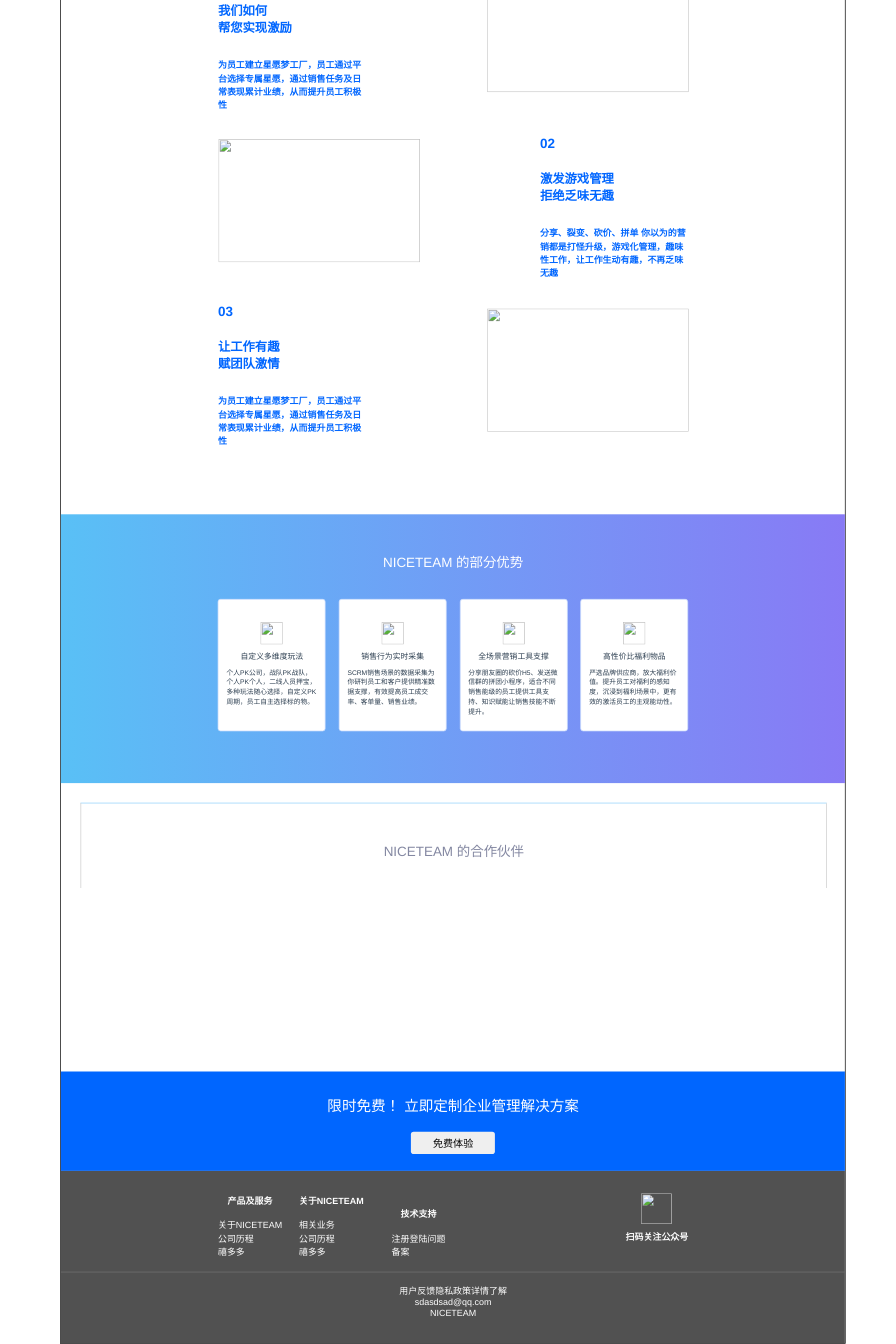
Repository: Alex-2020-0211/xrkj-guanwang
Page: / (app in src/)
An editor plug-in stored every save of this project. The page is shown before and after the next save, followed by the edit.
The browser window is 1280 px wide. The pictures show the part of the page from y = 1114 to 3034 px (the page is 3034 px tall), at 70% of full size.
The project was rebuilt for these pictures with package versions that can differ from the ones it lists, and the page was loaded fresh each time. Imported but missing from the stored project, and not drawn on this page: src/src/views/About.vue.

Above is the page before, as saved 2021-01-04 11:31:23.

### src/public/index.html
<!DOCTYPE html>
<html lang="en">
  <head>
    <meta charset="utf-8">
    <meta http-equiv="X-UA-Compatible" content="IE=edge">
    <meta name="viewport" content="width=device-width,initial-scale=1.0">
    <link rel="icon" href="<%= BASE_URL %>favicon.ico">
    <title><%= htmlWebpackPlugin.options.title %></title>
  </head>
  <body>
    <noscript>
      <strong>We're sorry but <%= htmlWebpackPlugin.options.title %> doesn't work properly without JavaScript enabled. Please enable it to continue.</strong>
    </noscript>
    <div id="app"></div>
    <!-- built files will be auto injected -->
  </body>
  <script>
    (function(){
      var html = document.documentElement;
      function onWindowResize(){
        html.style.fontSize = html.getBoundingClientRect().width / 16 + 'px';
      }
      window.addEventListener('resize',onWindowResize);
      onWindowResize();
    })();
  </script>
</html>

### src/src/main.js
import Vue from 'vue'
import ElementUI from 'element-ui'
import App from './App.vue'
import router from './router'
import store from './store'

import "../src/assets/css/reset.css"

Vue.config.productionTip = false

new Vue({
  router,
  store,
  render: h => h(App)
}).$mount('#app')

### src/src/App.vue
<template>
  <div id="app" v-cloak>
    <router-view />
  </div>
</template>

<style lang="scss">
[v-cloak] {
  display: none !important;
}
#app {
  font-family: Avenir, Helvetica, Arial, sans-serif;
  -webkit-font-smoothing: antialiased;
  -moz-osx-font-smoothing: grayscale;
  text-align: center;
  color: #2c3e50;
}
</style>

### src/src/assets/css/reset.css
html {
    overflow-x: auto;
    overflow-y: scroll;
}

body,
dl,
dt,
dd,
ul,
ol,
li,
pre,
form,
fieldset,
input,
p,
blockquote,
th,
td {
    font-weight: 400;
    margin: 0;
    padding: 0;
}

h1,
h2,
h3,
h4,
h4,
h5 {
    margin: 0;
    padding: 0;
}

body {
    background-color: #FFFFFF;
    color: #666666;
    font-family: Helvetica, Arial, sans-serif;
    font-size: 12px;
    padding: 0 10px;
    text-align: left;
}

select {
    font-size: 12px;
}

table {
    border-collapse: collapse;
}

fieldset,
img {
    border: 0 none;
}

fieldset {
    margin: 0;
    padding: 0;
}

fieldset p {
    margin: 0;
    padding: 0 0 0 8px;
}

legend {
    display: none;
}

address,
caption,
em,
strong,
th,
i {
    font-style: normal;
    font-weight: 400;
}

table caption {
    margin-left: -1px;
}

hr {
    border-bottom: 1px solid #FFFFFF;
    border-top: 1px solid #E4E4E4;
    border-width: 1px 0;
    clear: both;
    height: 2px;
    margin: 5px 0;
    overflow: hidden;
}

ol,
ul {
    list-style-image: none;
    list-style-position: outside;
    list-style-type: none;
}

caption,
th {
    text-align: left;
}

q:before,
q:after,
blockquote:before,
blockquote:after {
    content: ””;
}

### src/src/views/Home.vue
<template>
  <div class="home">
    <!-- 边框 -->
    <div class="border">
      <!-- 头部 -->
      <Header></Header>
      <!-- 介绍 -->
      <div class="introduce">
        <dl>
          <dt>应用价值</dt>
          <dd>VALUE</dd>
        </dl>
        <div class="content">
          <div class="container">
            <div class="item" @mouseenter="mouseenter()">
              <p class="circle"></p>
              <title>弹性福利</title>
              <p class="describe1">好的员工</p>
              <p class="describe1">是夸出来的</p>
            </div>
            <div class="item2" v-show="isDetail" @mouseleave="mouseleave()">
              <title>弹性福利</title>
              <p class="line"></p>
              <p class="detail">
                根据员工工作日常表现发放福利，员工选择心仪礼物，降低激励成本，提高激励效果
              </p>
            </div>
            <div class="item">
              <p class="circle"></p>
              <title>智能获客</title>
              <p class="describe2">最好的广告是口口相传</p>
            </div>
            <div class="item">
              <p class="circle"></p>
              <title>销售激励</title>
              <p class="describe3">让工作如此有趣真是不好意思</p>
            </div>
          </div>
        </div>
      </div>
      <!-- 方法原理 -->
      <div class="way">
        <div class="wayHeader">
          <h3>销售管理就选 NICETEAM</h3>
          <p>
            <span>高效协作</span> | <span>有效裂变</span> |
            <span>免费注册下载</span>
          </p>
        </div>
        <div class="means">
          <span class="sort">01</span>
          <p>我们如何</p>
          <p>帮您实现激励</p>
          <p class="star">
            为员工建立星愿梦工厂，员工通过平台选择专属星愿，通过销售任务及日常表现累计业绩，从而提升员工积极性
          </p>
        </div>
        <img class="img" src="" alt="" />
        <div class="means">
          <span class="sort" style="margin-left: 5.75rem;">02</span>
          <p style="margin-left: 5.75rem; width:2rem;">激发游戏管理</p>
          <p style="margin-left: 5.75rem; width:2rem;">拒绝乏味无趣</p>
          <p class="star" style="margin-left: 5.75rem;">
            分享、裂变、砍价、拼单
            你以为的营销都是打怪升级，游戏化管理，趣味性工作，让工作生动有趣，不再乏味无趣
          </p>
        </div>
        <img class="img" src="" alt="" style="top: 16.41rem; right: 8.5rem;" />
        <div class="means">
          <span class="sort">03</span>
          <p>让工作有趣</p>
          <p>赋团队激情</p>
          <p class="star">
            为员工建立星愿梦工厂，员工通过平台选择专属星愿，通过销售任务及日常表现累计业绩，从而提升员工积极性
          </p>
        </div>
        <img class="img" src="" alt="" style="top: 19.44rem;" />
      </div>
      <!-- 优势 -->
      <div class="advantage">
        <h5>NICETEAM 的部分优势</h5>
        <div class="advan">
          <div class="box">
            <img src="" alt="" />
            <dl>
              <dt>自定义多维度玩法</dt>
              <dd>
                个人PK公司，战队PK战队，个人PK个人，二线人员押宝，多种玩法随心选择，自定义PK周期，员工自主选择标的物。
              </dd>
            </dl>
          </div>
          <div class="box">
            <img src="" alt="" />
            <dl>
              <dt>销售行为实时采集</dt>
              <dd>
                SCRM销售场景的数据采集为你研判员工和客户提供精准数据支撑，有效提高员工成交率、客单量、销售业绩。
              </dd>
            </dl>
          </div>
          <div class="box">
            <img src="" alt="" />
            <dl>
              <dt>全场景营销工具支撑</dt>
              <dd>
                分享朋友圈的砍价H5、发送微信群的拼团小程序，适合不同销售能级的员工提供工具支持、知识赋能让销售技能不断提升。
              </dd>
            </dl>
          </div>
          <div class="box">
            <img src="" alt="" />
            <dl>
              <dt>高性价比福利物品</dt>
              <dd>
                严选品牌供应商，放大福利价值。提升员工对福利的感知度，沉浸到福利场景中，更有效的激活员工的主观能动性。
              </dd>
            </dl>
          </div>
        </div>
      </div>
      <!-- 合作伙伴 -->
      <div class="partners">
        <div class="friend">
          <h5>NICETEAM 的合作伙伴</h5>
        </div>
      </div>
      <!-- 底部 -->
      <div class="footer">
        <div class="footerTop">
          <h5>限时免费！ 立即定制企业管理解决方案</h5>
          <button>免费体验</button>
        </div>
        <div class="footerBottom">
          <div class="detail">
            <div class="left">
              <dl>
                <dt>产品及服务</dt>
                <dd>关于NICETEAM</dd>
                <dd>公司历程</dd>
                <dd>禧多多</dd>
              </dl>
              <dl>
                <dt>关于NICETEAM</dt>
                <dd>相关业务</dd>
                <dd>公司历程</dd>
                <dd>禧多多</dd>
              </dl>
              <dl class="jishu">
                <dt>技术支持</dt>
                <dd>注册登陆问题</dd>
                <dd>备案</dd>
              </dl>
            </div>
            <div class="right">
              <img src="" alt="" />
              <p>扫码关注公众号</p>
            </div>
          </div>
          <p class="line"></p>
          <div class="bottom">
            <dl>
              <dt><span>用户反馈</span><span>隐私政策</span><span>详情了解</span></dt>
              <dd>sdasdsad@qq.com</dd>
            </dl>
            <p><img src="" alt=""><span>NICETEAM</span></p>
          </div>
        </div>
      </div>
    </div>
  </div>
</template>

<script>
// @ is an alias to /src
import Header from "../components/Header";

export default {
  name: "Home",
  components: {
    Header,
  },
  data() {
    return {
      isDetail: false,
    };
  },
  methods: {
    mouseenter() {
      console.log("111");
      this.isDetail = true;
    },
    mouseleave() {
      console.log("222");
      this.isDetail = false;
    },
  },
};
</script>

<style lang="scss" scoped>
.home {
  font-size: 0.16rem;
  .border {
    width: 88.88%;
    margin-top: 0.5rem;
    margin-left: 6.06%;
    border: 0.01rem solid #000;

    // 介绍
    .introduce {
      width: 100%;
      height: 5.5rem;
      dl {
        margin-top: 0.6rem;
        dt {
          font-size: 0.24rem;
          font-weight: bold;
          letter-spacing: 0.03rem;
          margin-bottom: 0.13rem;
        }
        dd {
          font-size: 0.18rem;
          font-weight: bold;
        }
      }
      .content {
        width: 60%;
        margin-left: 20%;
        margin-top: 0.6rem;
        .container {
          display: flex;
          justify-content: space-between;
          overflow: hidden;
          background-color: #fff;
          z-index: 999;
          .item {
            width: 2.25rem;
            height: 2.8rem;
            border: 0.01rem solid #ccc;
            border-radius: 0.15rem;
            .circle {
              width: 0.66rem;
              height: 0.66rem;
              margin-left: 0.79rem;
              margin-top: 0.46rem;
              margin-bottom: 0.15rem;
              border: 0.01rem solid rgb(78, 56, 56);
              border-radius: 50%;
            }
            title {
              display: block;
              letter-spacing: 0.01rem;
              margin-bottom: 0.5rem;
            }
            .describe1 {
              width: 0.8rem;
              margin-left: 0.725rem;
            }
            .describe2 {
              width: 0.8rem;
              margin-left: 0.725rem;
            }
            .describe3 {
              width: 1.2rem;
              margin-left: 0.525rem;
            }
          }
          @keyframes myfirst {
            from {
              top: 9.67rem;
            }
            to {
              top: 6.87rem;
            }
          }

          @-moz-keyframes myfirst {
            from {
              top: 9.67rem;
            }
            to {
              top: 6.87rem;
            }
          }

          @-webkit-keyframes myfirst {
            from {
              top: 9.67rem;
            }
            to {
              top: 6.87rem;
            }
          }

          @-o-keyframes myfirst {
            from {
              top: 9.67rem;
            }
            to {
              top: 6.87rem;
            }
          }
          .item2 {
            width: 2.25rem;
            height: 2.8rem;
            border: 0.01rem solid #ccc;
            border-radius: 0.15rem;
            color: #fff;
            background-color: #06f;
            position: absolute;
            left: 3.87rem;
            animation: myfirst 1s;
            z-index: 1;
            title {
              display: block;
              letter-spacing: 0.01rem;
              margin-top: 0.7rem;
              margin-bottom: 0.2rem;
              margin-left: 0.4rem;
              text-align: left;
            }
            .line {
              width: 0.5rem;
              border-bottom: 0.02rem solid #fff;
              margin-left: 0.4rem;
              margin-bottom: 0.2rem;
            }
            .detail {
              width: 1.4rem;
              text-align: left;
              margin-left: 0.4rem;
            }
          }
        }
      }
    }
    // 方法原理
    .way {
      height: 12rem;
      .wayHeader {
        height: 1.65rem;
        color: #fff;
        background-color: #06f;
        h3 {
          font-size: 0.24rem;
          padding-top: 0.4rem;
          padding-bottom: 0.27rem;
        }
        p {
          color: rgb(233, 229, 229);
          font-size: 0.2rem;
        }
      }
      .means {
        width: 60%;
        height: 2.4rem;
        margin-left: 20%;
        margin-top: 0.6rem;
        color: #06f;
        text-align: left;
        .sort {
          font-size: 0.24rem;
          font-weight: bold;
          display: block;
          margin-bottom: 0.3rem;
        }
        p {
          font-size: 0.22rem;
          font-weight: bold;
        }
        .star {
          width: 2.61rem;
          margin-top: 0.4rem;
          font-size: 0.16rem;
        }
      }
      .img {
        width: 3.6rem;
        height: 2.2rem;
        position: absolute;
        top: 13.38rem;
        right: 3.7rem;
      }
    }
    // 优点
    .advantage {
      width: 100%;
      height: 4.8rem;
      background: linear-gradient(to right, #59c0f6, #887af5);
      h5 {
        color: #fff;
        font-size: 0.24rem;
        font-weight: normal;
        padding-top: 0.66rem;
        padding-bottom: 0.5rem;
      }
      .advan {
        display: flex;
        width: 60%;
        margin-left: 20%;
        justify-content: space-between;
        .box {
          width: 1.9rem;
          height: 2.34rem;
          background-color: #fff;
          border-radius: 0.05rem;
          border: 0.02rem solid #cfdffd;
          // box-shadow: 5px 5px 3px #ccc;
          img {
            width: 0.4rem;
            height: 0.4rem;
            margin-top: 0.4rem;
            margin-bottom: 0.1rem;
          }
          dl {
            dt {
              font-size: 0.14rem;
              margin-bottom: 0.1rem;
            }
            dd {
              width: 85%;
              margin-left: 7.5%;
              font-size: 0.12rem;
              text-align: left;
            }
          }
        }
      }
    }
    // 合作伙伴
    .partners {
      height: 4.8rem;
      .friend {
        width: 95%;
        margin-left: 2.5%;
        margin-top: 2.5%;
        border-top: 0.02rem solid #90cffa;
        border-left: 0.01rem solid #ccc;
        border-right: 0.01rem solid #ccc;
        h5 {
          color: #8387a1;
          font-size: 0.24rem;
          font-weight: normal;
          padding-top: 0.66rem;
          padding-bottom: 0.5rem;
        }
      }
    }
    // 底部
    .footer{
      height: 4.85rem;
      .footerTop{
        height: 1.78rem;
        background-color: #06f;
        h5{
          font-size: 0.26rem;
          font-weight: normal;
          color: #fff;
          padding-top: 0.4rem;
          padding-bottom: 0.3rem;
        }
        button{
          // display: flex;
          width: 1.5rem;
          height: 0.4rem;
          line-height: 0.4rem;
          font-size: 0.18rem;
          border: 0;
          border-radius: 0.05rem;
        }
      }
      .footerBottom{
        height: 3.07rem;
        background-color: #515151;
        color: #fff;
        .detail{
          width: 60%;
          margin-left: 20%;
          padding-top: 0.4rem;
          display: flex;
          justify-content: space-between;
          .left{
            dl{
              display: inline-block;
              margin-right: 0.3rem;
              dt{
                font-weight: bold;
                margin-bottom: 0.2rem;
              }
              dd{
                text-align: left;
              }
            }
            .jishu{

              margin-left: 0.2rem;
            }
          }
          .right{
            img{
              width: 0.55rem;
              height: 0.55rem;
            }
            p{
              font-weight: bold;
              margin-top: 0.05rem;
            }
          }
        }
        .line{
          border-bottom: 0.02rem solid #727272;
          margin-top: 0.25rem;
          margin-bottom: 0.2rem;
        }
      }
    }
  }
}
</style>

### src/src/components/Header.vue
<template>
  <div class="header">
    <div class="headerTop">
      <p class="bar">
        <img class="logo" src="../assets/img/logo.png" alt />
        <a>首页</a>
        <a>产品介绍</a>
        <a>解决方案</a>
        <a>客户案例</a>
        <a>关于</a>
      </p>
      <button class="tiyan">免费体验</button>
    </div>
    <div class="headerMain">
      <div class="theme">
        <dl>
          <dt>游戏化管理平台</dt>
          <dd>销售团队弹性激励</dd>
        </dl>
        <p class="jianjie">
          NICETEAM:
          一个促进全员销售的员工激励平台，让销售更轻松，让管理更高效，让工作更有趣
        </p>
        <button class="knowMore">立即了解</button>
      </div>
      <img class="mainImg" src="" alt />
    </div>
  </div>
</template>

<script>
export default {
  name: "Header",
  props: {},
  data() {},
  methods: {},
};
</script>

<!-- Add "scoped" attribute to limit CSS to this component only -->
<style scoped lang="scss">
// 头部
.header {
  width: 100%;
  height: 4.5rem;
  color: #fff;
  background-color: #06f;
  .headerTop {
    width: 60%;
    margin-left: 20%;
    padding-top: 0.3rem;
    display: flex;
    justify-content: space-around;
    align-items: center;
    .logo {
      width: 0.7rem;
      height: 0.55rem;
    }
    .bar {
      width: 60%;
      font-weight: bold;
      display: flex;
      justify-content: space-around;
      align-items: center;
    }
    .tiyan {
      width: 1rem;
      height: 0.3rem;
      color: #fff;
      border: 0.01rem solid #fff;
      border-radius: 0.05rem;
      background-color: #7fb2ff;
    }
  }
  .headerMain {
    width: 60%;
    height: 2.7rem;
    margin-top: 0.35rem;
    margin-left: 20%;
    display: flex;
    justify-content: space-between;
    .theme {
      height: 100%;
      display: flex;
      flex-direction: column;
      justify-content: space-between;
      dl {
        dt {
          font-size: 0.2rem;
          font-weight: bold;
          text-align: left;
          margin-bottom: 0.03rem;
        }
        dd {
          text-align: left;
        }
      }
      .jianjie {
        width: 3rem;
        text-align: left;
      }
      .knowMore {
        width: 1.5rem;
        height: 0.5rem;
        color: #fff;
        font-size: 0.18rem;
        letter-spacing: 0.02rem;
        background-color: #f63;
        border: 0;
        border-radius: 0.05rem;
      }
    }
    .mainImg {
      width: 3.8rem;
      height: 2.7rem;
    }
  }
}
</style>

Loaded but not shown: src/src/router/index.js (common file); src/src/store/index.js (no copy from this time; the picture is the same without it)

After the next save:
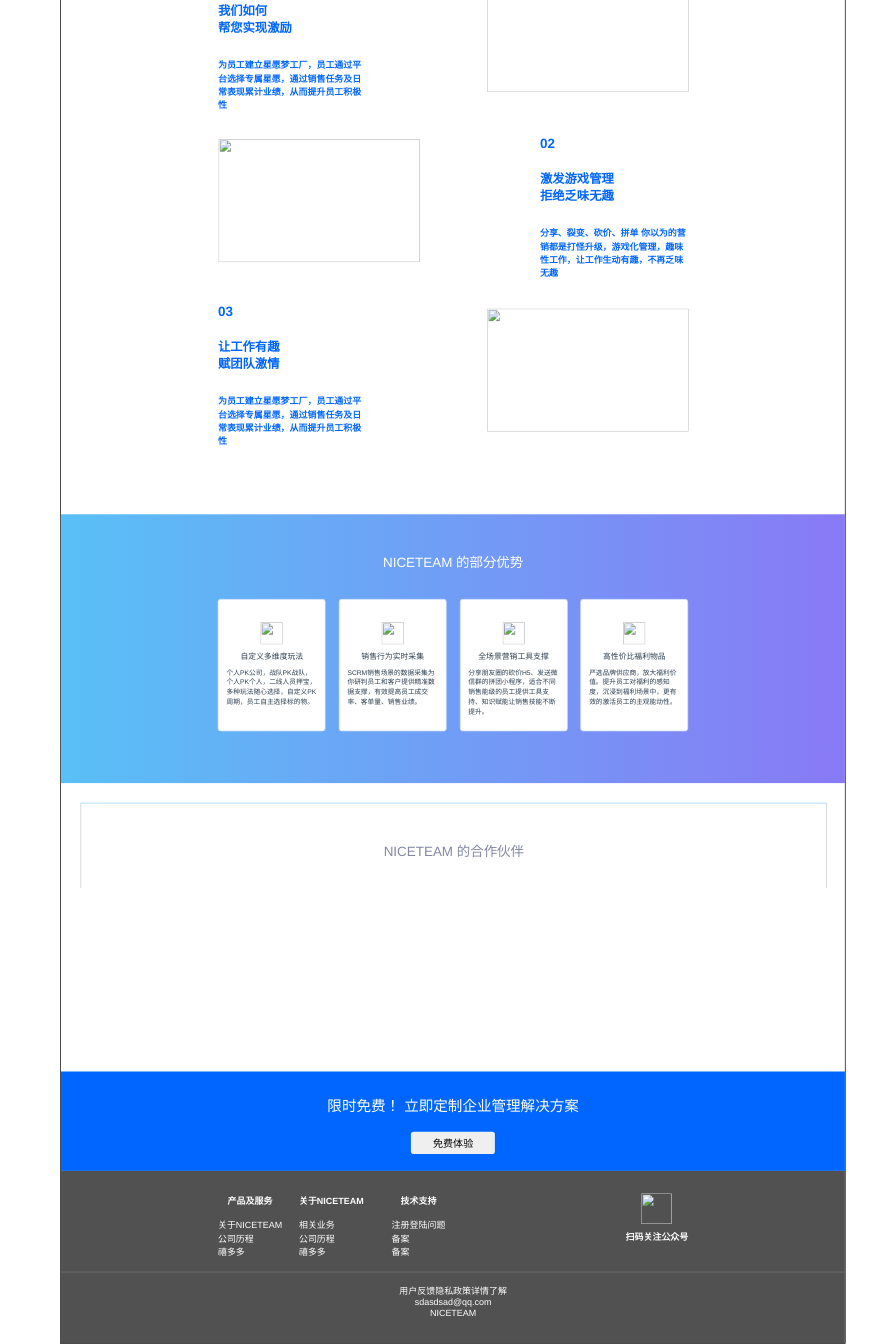
Saved 26 s later.
--- a/src/src/views/Home.vue
+++ b/src/src/views/Home.vue
@@ -149,6 +149,7 @@
                 <dt>技术支持</dt>
                 <dd>注册登陆问题</dd>
                 <dd>备案</dd>
+                <dd>备案</dd>
               </dl>
             </div>
             <div class="right">

After the save that followed:
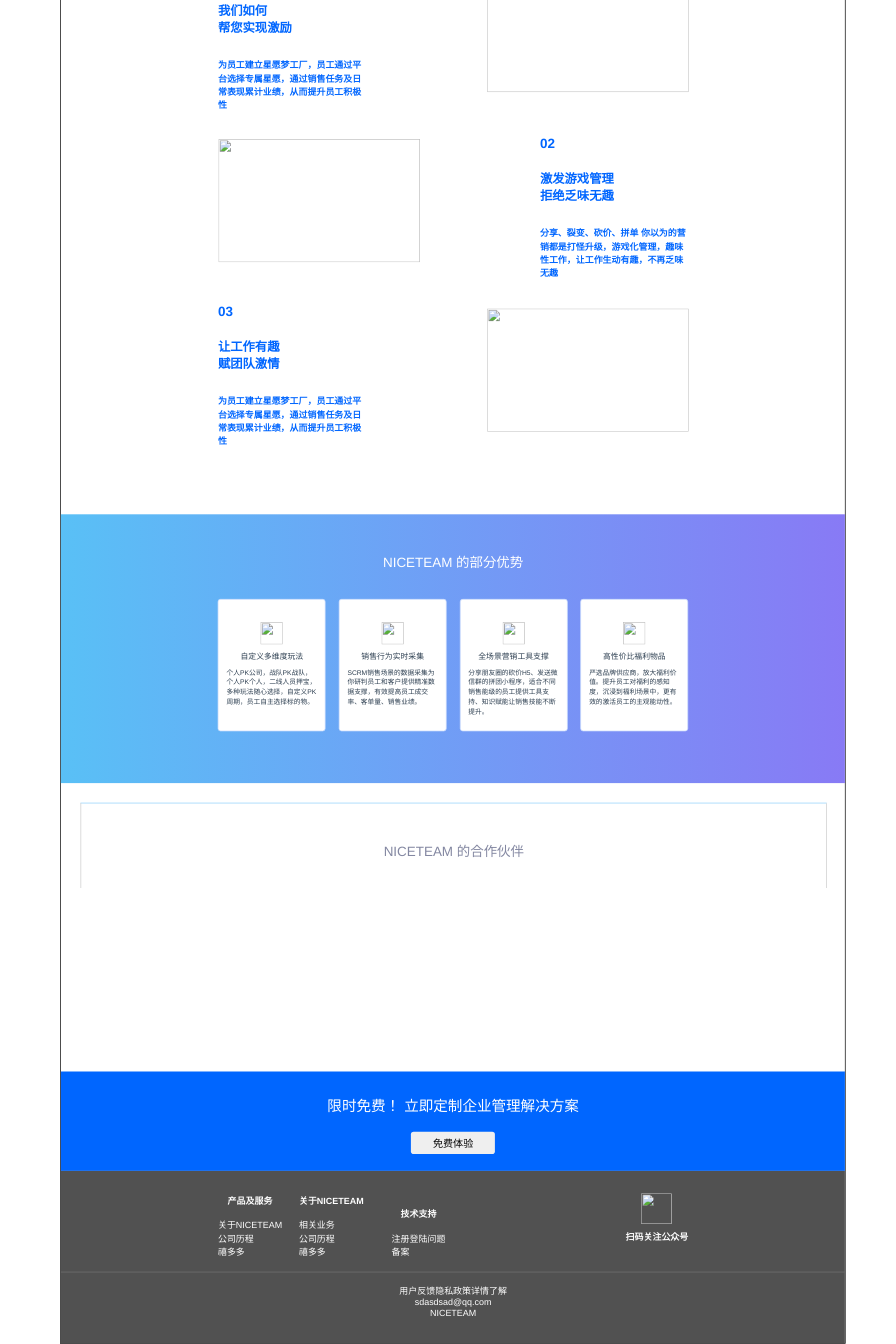
Saved 9 s later.
--- a/src/src/views/Home.vue
+++ b/src/src/views/Home.vue
@@ -149,7 +149,7 @@
                 <dt>技术支持</dt>
                 <dd>注册登陆问题</dd>
                 <dd>备案</dd>
-                <dd>备案</dd>
+                <dd></dd>
               </dl>
             </div>
             <div class="right">
